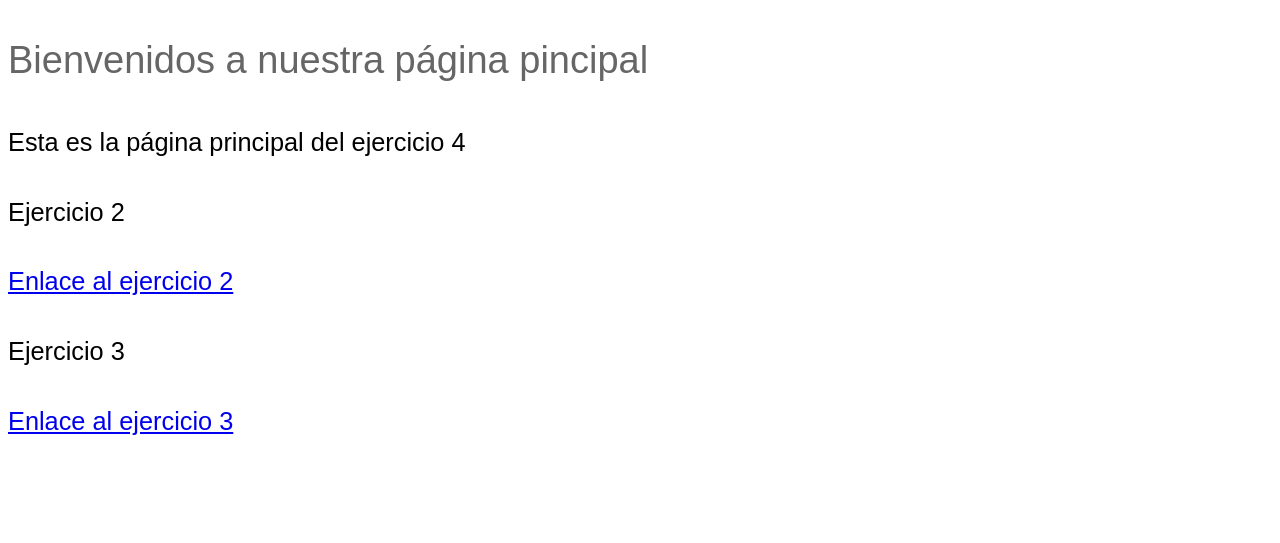
Repository: conmarred/Ejercicio4-Web
Page: Ejercicio4Web/src/main/webapp/index.html
An editor plug-in stored every save of this project. The page is shown before and after the next save, followed by the edit.
The browser window is 1280 px wide. The pictures show the whole page.
Some web fonts or font styles are not loaded; a fallback is used.

Above is the page before, as saved 2022-03-09 12:19:55.

After the next save:
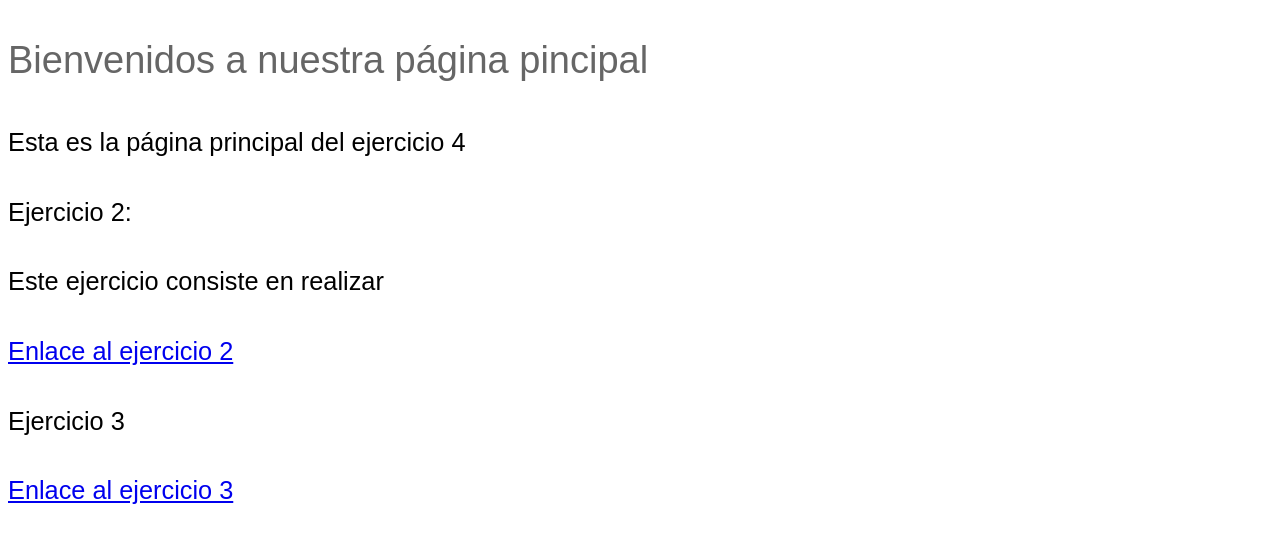
Saved 31 s later.
--- a/Ejercicio4Web/src/main/webapp/index.html
+++ b/Ejercicio4Web/src/main/webapp/index.html
@@ -12,7 +12,8 @@
 			<div class="container">
 				<h1>Bienvenidos a nuestra página pincipal</h1>
 				<p>Esta es la página principal del ejercicio 4</p>
-				<p>Ejercicio 2</p>
+				<p>Ejercicio 2:</p>
+				<p>Este ejercicio consiste en realizar</p>
 				<a href="ejercicio2.html">Enlace al ejercicio 2</a>
 				<p>Ejercicio 3</p>
 				<a href="ejercicio3.html">Enlace al ejercicio 3</a>
